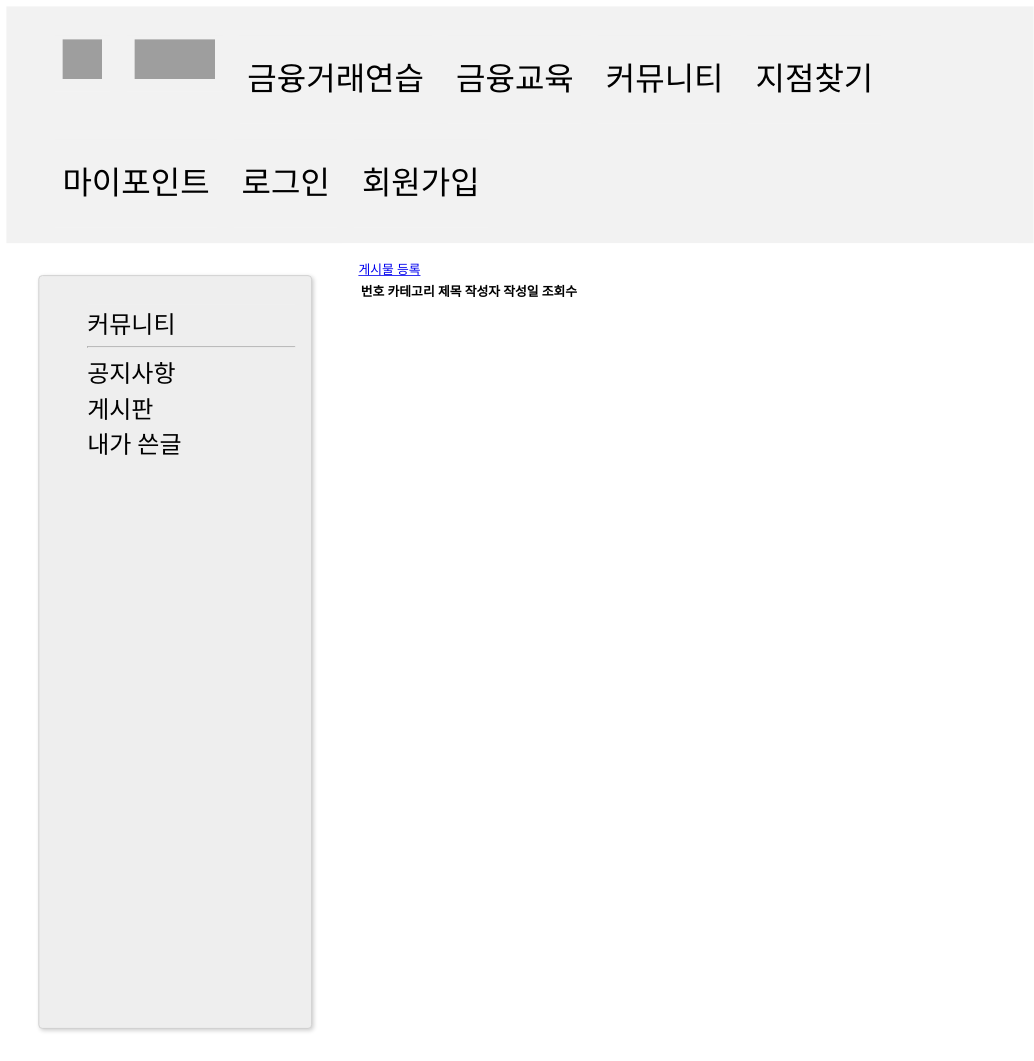
Repository: syc98syc/KB04_TeamProject
Page: http://localhost/jgig/WEB-INF/jsp/board/list.jsp
The author's editor kept a copy of each file at every save. The page is drawn from the files as they stood at one save, then again after the next save.
The browser window is 1280 px wide. The page is 1292 px wide, so the pictures cover 1292 px, including what lies to the right of the window. The pictures show the whole page, at 80% of full size.
Pictures or frames that could not be fetched are drawn as grey boxes. Some web fonts or font styles are not loaded; a fallback is used. The page is served by Tomcat 9. Nobody is signed in. The template is opened directly, without the code that normally fills it, so the values that code supplies are empty.

Above is the page before, as saved 2023-09-06 05:56:35.

After the next save:
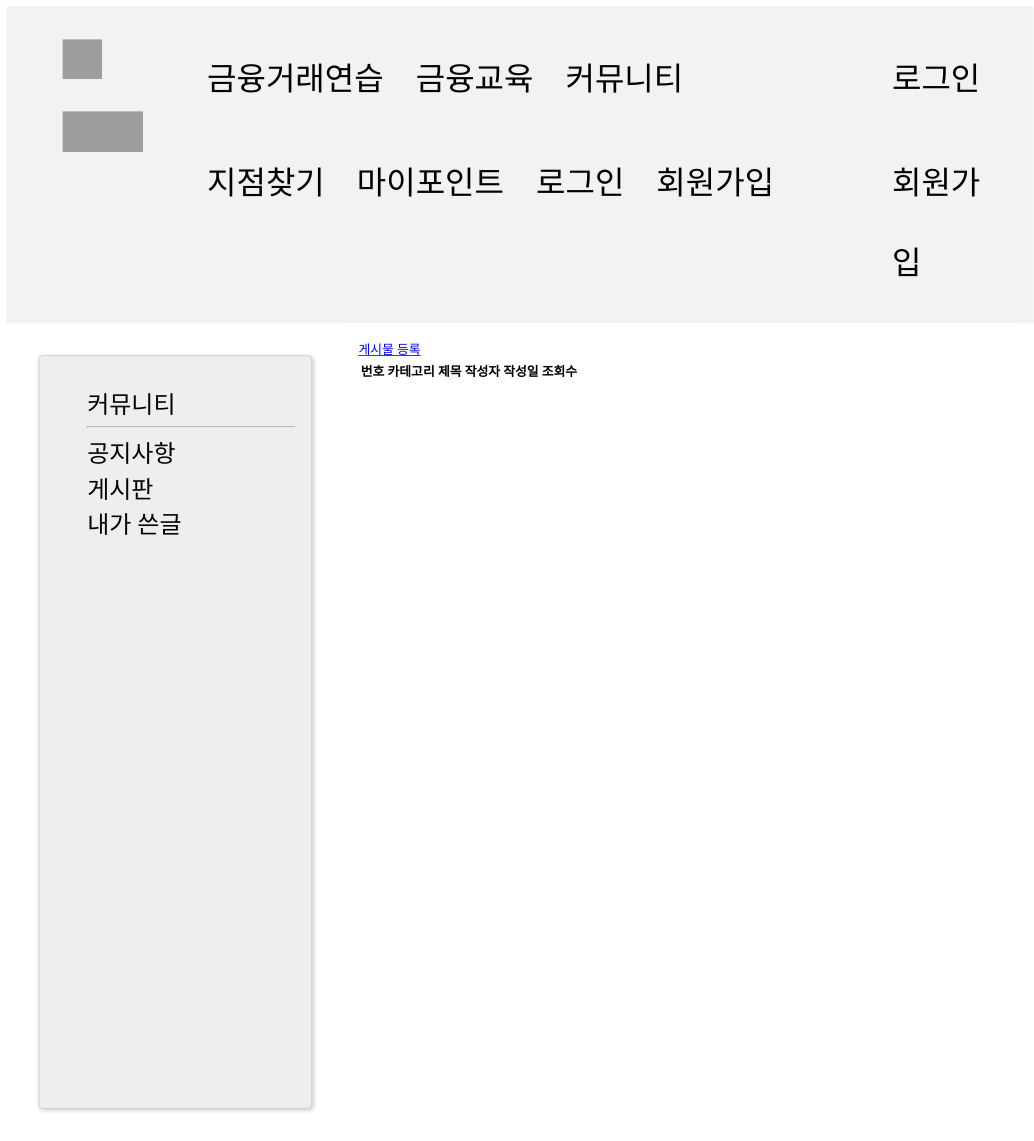
Saved 53 s later.
--- a/jgig/src/main/webapp/WEB-INF/jsp/include/top_navbar.jsp
+++ b/jgig/src/main/webapp/WEB-INF/jsp/include/top_navbar.jsp
@@ -58,6 +58,10 @@
 				<ul>
 					<li><img id="img1" src="resources/img/KB.png"></li>
 					<li><img id="img2" src="resources/img/지금입금.png"></li>
+				</ul>
+		</nav>
+		<nav>
+				<ul>
 					<li class="menu1"><a href="#">금융거래연습</a></li>
 					<li class="menu2"><a href="#">금융교육</a></li>
 					<li class="menu3"><a href="#">커뮤니티</a></li>
@@ -67,6 +71,12 @@
 					<li class="menu7"><a href="#">회원가입</a></li>
 				</ul>
 		</nav>
+		<nav>
+				<ul>
+					<li class="menu6"><a href="#">로그인</a></li>
+					<li class="menu7"><a href="#">회원가입</a></li>
+				</ul>
+		</nav>
 	</div>
 
 </body>
